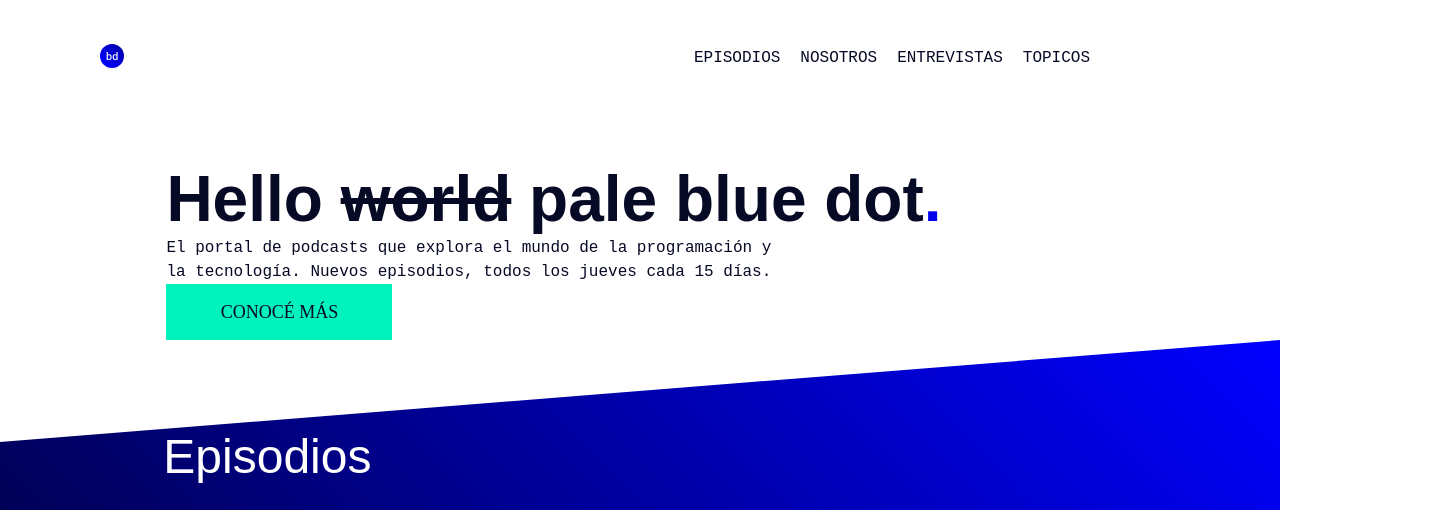
Repository: FedeGA93/podcast
Page: index.html
These files come from the project's save history. The page is drawn as it stood at one moment and after a run of saves; the edit follows.
The browser window is 1280 px wide. The page is 1440 px wide, so the pictures cover 1440 px, including what lies to the right of the window. The pictures show the part of the page from y = 0 to 510 px (the page is 3284 px tall before and 3362 px after).
Pictures or frames that could not be fetched are drawn as grey boxes. Some web fonts or font styles are not loaded; a fallback is used. Some web libraries are served in a nearby version.

Above is the page before, as saved 2019-11-26 20:37:43.

### index.html
<!DOCTYPE html>
<html lang="es">

<head>
    <meta charset="UTF-8">
    <meta name="viewport" content="width=device-width, initial-scale=1.0">
    <meta http-equiv="X-UA-Compatible" content="ie=edge">
    <title>BlueDot</title>
    <link rel="stylesheet" href="styles/styles.css">
    <link href="https://fonts.googleapis.com/css?family=IBM+Plex+Mono/IBM+Plex+Sans:400,400i,500,600&display=swap"
        rel="stylesheet">
    <link rel="stylesheet" href="https://cdnjs.cloudflare.com/ajax/libs/font-awesome/5.11.2/css/all.css">
    <link rel="shortcut icon" href="images/logo.ico" type="image/x-icon">
    <link rel="icon" href="images/logo.ico" type="image/x-icon">
</head>

<body>
    <header class="estilo-header">
        <nav >
            <div class="menu">
                <div>
                    <img src="images/logo.svg" alt="Logo del podcast" class="responsive-logo">
                </div>
                <div>

                    <!-- DEsde acá-->
                    <input type="checkbox" id="transformacion" />
                    <label for="transformacion" class="fija-menu">
                        <span class="barras-negras-hamburger bar1"></span>
                        <span class="barras-negras-hamburger bar2"></span>
                        <span class="barras-negras-hamburger bar3"></span>
                    </label>
                    <!--Hasta acá es lo que tengo que copiar-->
                    <ul class="menu-hijo">
                        <li><a class="color-letras" href="#epi">EPISODIOS</a></li>
                        <li><a class="color-letras" href="#nos">NOSOTROS</a></li>
                        <li><a class="color-letras" href="#ent">ENTREVISTAS</a></li>
                        <li><a class="color-letras" href="#topi">TOPICOS</a></li>
                    </ul>

                </div>
            </div>
        </nav>
    </header>
    <main class="primera-caja">
        <div class="centrado">
            <h1>Hello <s>world</s> pale blue dot<strong class="color-punto">.</strong></h1>
        </div>
        <div class="centrado">
            <p class="parrafos-general">El portal de podcasts que explora el mundo de la programación y <br> la
                tecnología.
                Nuevos episodios, todos los jueves cada 15 días.</p>
        </div>
        <div class="main-child">
            <div>
                <p><a class="btn cnmas" href="#nos">CONOCÉ MÁS</a></p>
            </div>
        </div>
    </main>
    <section>

        <div class="fondo-azul-gradiente sec">

            <div class="corteuno"></div>
            <div class="cortedos"></div>
            <div>
                <p class="color-blanco pad" id="epi">Episodios</p>
            </div>
            <div class="flex-spotify">
                <iframe src="https://open.spotify.com/embed-podcast/show/2ySVrxGkN6n6frMTo9Nsrt"
                    ></iframe>
                <iframe src="https://open.spotify.com/embed-podcast/show/4kYCRYJ3yK5DQbP5tbfZby"
                    ></iframe>
                <iframe src="https://open.spotify.com/embed-podcast/episode/2VHYWRX1mHcZQS89y3z2Xv" ></iframe>
                <iframe src="https://open.spotify.com/embed-podcast/show/2Iibd5A6R7mxkCm4NwNmUn"
                    ></iframe>
            </div>
        </div>
    </section>
    <section>

        <div class="informacion">
            <div>
                <img src="images/phone.png" alt="El podcast en un telefono" class="telefono">
            </div>
            <div>
                <h2 class="color-negro" id="nos">De dónde venimos</h2>

                <p class="parrafos-general limit-text">Our posturings, our imagined self-importance, the delusion that
                    we
                    have some
                    privileged position in the Universe, are challenged by this point of pale light. </p> <br>

                <p class="parrafos-general limit-text">
                    Our planet is a lonely speck in the great enveloping cosmic dark. In our obscurity, in all this
                    vastness, there is no hint that help will come from elsewhere to save us from ourselves.</p>

            </div>
        </div>

    </section>
    <section>
        <h2 class="color-negro paddie" id="ent">
            Invitadas/os Estelares
        </h2>

        <div class="photo-box">
            <img src="images/grace-hopper.png" alt="Foto de Grace Hopper" class="photos">
            <img src="images/Katie-Bouman.png" alt="Foto de Katie Bouman" class="photos">
            <img src="images/Margaret_Hamilton.png" alt="Margaret Hamilton" class="photos">
            <img src="images/computadora1950.png" alt="Una computadora del año 1950" class="photos">
            <img src="images/computadoraprogramable.png" alt="La primera computadora programable del mundo"
                class="photos">
            <img src="images/susan-kare.png" alt="Foto de Susan Kare" class="photos">

        </div>
    </section>
    <section class="top">
        <h2 class="color-negro center-text" id="topi">Algunos de nuestros temas</h2>
        <div>
            <section class="alineado">
                <div>
                    <img src="images/icon1.svg" alt="Una computadora que demuestra el trabajo remoto"
                        class="theme-size">
                    <p class="temas">Trabajo remoto</p>
                </div>
                <div>
                    <img src="images/icon2.svg" alt="Una cabeza pensando" class="theme-size">
                    <p class="temas">Repensando la programación</p>
                </div>

                <div>
                    <img src="images/icon3.svg" alt=" Un libro de código" class="theme-size">
                    <p class="temas">Bases de código</p>
                </div>

                <div>
                    <img src="images/icon4.svg" alt="Logo de seguridad" class="theme-size">
                    <p class="temas">Seguridad informática</p>
                </div>
            </section>
        </div>
    </section>
    <section>
        <div class="fondo-azul-gradiente secfoot">
                <svg xmlns="http://www.w3.org/2000/svg" viewBox="0 0 100 100" preserveAspectRatio="xMidYMid meet" >
                    <polygon fill="white" points="0,0 1440,0 0,85" />
                </svg>
            <div>
                <h2 class="color-blanco center-text">
                    ¿Querés las últimas novedades?
                </h2>
            </div>

            <div>
                <p> <a class="btn ele" href="#epi">ESCUCHÁ LOS EPISODIOS</a> </p>
            </div>

        </div>
    </section>

    <footer>
        <div class="flex-end">
            <h3 class="informacion">© 2019— Hello blue pale dot </h3>
            <div class="sin-deco">
                <a href="https://open.spotify.com/show/6xpiit8aJmwDHk1rKdxmri"><i class="fab fa-spotify"></i></a>
                <a href="https://twitter.com/w3c"> <i class="fab fa-twitter"></i></a>
                <a href="https://www.instagram.com/coding/"><i class="fab fa-instagram"></i></a>
                <a href="https://www.facebook.com/programminggeeks.in/"><i class="fab fa-facebook"></i></a>
            </div>
        </div>
    </footer>
</body>

</html>

### styles/styles.css
* {
  margin: 0;
  padding: 0;
  border: 0;
  box-sizing: content-box;
}

.menu {
  display: flex;
  flex-flow: row;
  justify-content: space-between;
  margin-top:22px;
  padding: 22px 190px 0px 100px;
  position: static;
  top: 0;
  overflow: hidden;
}
.menu-hijo {
  display: flex;
  flex-flow: row wrap;
  text-decoration: none;
  list-style-type: none;
  justify-content: flex-end;
  text-indent: 20px;
}

.primera-caja {
  display: flex;
  flex-flow: column;
  padding: 7% 13% 0;
}
.centrado {
  justify-content: center;
}
.color-letras:active {
  color: RGBA(6, 10, 36, 0.53);
}
.color-letras:hover {
  color: #00f3bb;
  text-decoration: line-through;
}
.color-letras {
  font-family: "IBM Plex Mono", monospace;
  font-size: 16px;
  color: #060a24;
  letter-spacing: 0;
  line-height: 28px;
  text-decoration: none;
}

h1 {
  font-family: "IBM Plex Sans", sans-serif;
  font-size: 64px;
  color: #060a24;
  letter-spacing: 0;
}
.color-punto {
  font-family: "IBM Plex Sans", sans-serif;
  font-size: 64px;
  color: #0000ec;
  letter-spacing: 0;
}
.parrafos-general {
  font-family: "IBM Plex Mono", monospace;
  font-size: 16px;
  color: #060a24;
  letter-spacing: 0;
  line-height: 24px;
}

input {
  display: none;
}

.sec {
  position: relative;
  width: 100%;
  height: 124vh;
  overflow: hidden;
}
.secfoot {
  display: flex;
  justify-content: center;
  align-items: center;
  flex-direction: column;
  position: relative;
  width: 100%;
  height: 50vh;
  overflow: hidden;
}
.fondo-azul-gradiente {
  background-image: linear-gradient(225deg, #0000ff 0%, #000003 100%);
}

/* Cortes del fondo */
svg {
  position: absolute;
  bottom: 0;
  width: 100%;
  height: auto;

}

.corteuno {
  position: absolute;
  top: 0;
  left: 0;
  border-width: 0 0 8vw 100vw;
  border-style: solid;
  border-color: transparent #fff transparent;
}
.cortedos {
  position: absolute;
  bottom: 0;
  left: 0;
  border-width: 0 0 10vw 100vw;
  border-style: solid;
  border-color: transparent transparent #fff;
}
/* terminan los cortes */
.color-blanco {
  font-family: "IBM Plex Sans", sans-serif;
  font-size: 48px;
  color: #ffffff;
  letter-spacing: 0;
}
.color-negro {
  font-family: "IBM Plex Sans", sans-serif;
  font-size: 48px;
  color: #060a24;
  letter-spacing: 0;
}
.informacion {
  display: flex;
  justify-content: flex-start;
  flex-direction: row;
}

.btn {
  display: flex;
  align-items: center;
  justify-content: center;
  background-color: #00f3bb;
  font-family: "IBMPlexMono", Medium;
  font-size: 18px;
  color: #060a24;
  letter-spacing: 0;
  text-align: center;
  line-height: 24px;
  text-decoration: none;
}
.btn:hover,
.btn:focus {
  background-image: linear-gradient(225deg, #0000fe 0%, #00f0b8 100%);
  color: #ffffff;
}
.cnmas {
  height: 56px;
  width: 226px;
}
.ele {
  width: 345px;
  height: 56px;
}

.flex {
  display: flex;
  flex-direction: row;
  flex-wrap: nowrap;
  justify-content: space-between;
}
.pad {
  padding: 7% 12.76% 0;
}
.flex-spotify {
  display: flex;
  flex-flow: row wrap;
  padding: 2% 8%;
}
.temas {
  font-family: "IBMPlexSans";
  font-weight: 600;
  font-size: 24px;
  color: #060a24;
  letter-spacing: 0;
  text-align: center;
}

.alineado {
  display: flex;
  flex-flow: row;
  justify-content: space-evenly;
  text-align: center;
}
.telefono {
  position: relative;
  top: -311px;
  height: 660px;
  width: 457.6px;
  padding: 200px 64px 0 200px;
}
iframe {
  padding: 0 72px 72px 0;
  position: relative;
  z-index: 1;
  width: 44%;
  height: 232px;
}

.paddie {
  margin: -267px 0 36px 200px;
  z-index: 1;
}
.photos {
  width: 480px;
  height: 364px;
}
.photo-box {
  width: fit-content;
  display: grid;
  grid-template-columns: repeat(3, 0fr);

}
.limit-text {
  width: 54%;
}
.theme-size {
  width: 104px;
  height: 104px;
}
.top {
  margin-top: 5%;
}
.flex-end {
  display: flex;
  flex-direction: row;
  justify-content: space-between;
}
.sin-deco a {
  text-decoration: none;
  color: black;
}
/*
  ***************************************************
    ***********************************************
      ********************************************
        ****************************************
        *****************MOBILE*****************
        ****************************************
      ********************************************
     **********************************************
   **************************************************
 */

@media screen and (max-width: 600px) {
  * {
    margin: 0px;
    padding: 0;
    border: 0;
  }
  .estilo-header {
    padding: 3%;
  }
  .barra-navegadora {
    display: none;
  }
  .menu {
    padding: 0px;
    position: sticky;
  }
  .seccion {
    width: 100%;
  }

  .responsive-logo {
    margin: 2.2% 87.5% 1.2% 2%;
  }
  .menu-hijo {
    display: none;
  }
  .menu-hijo:hover {
    display: block;
  }
  h1 {
    font-family: "IBM Plex Sans", sans-serif;
    font-size: 36px;
    color: #060a24;
    letter-spacing: 0;
    line-height: 42px;
  }

  .parrafos-general {
    font-family: "IBM Plex Mono", monospace;
    font-size: 14px;
    color: #060a24;
    letter-spacing: 0;
    line-height: 22px;
  }
  .color-blanco {
    font-family: "IBM Plex Sans", sans-serif;
    font-size: 36px;
    color: #ffffff;
    letter-spacing: 0;
    line-height: 42px;
  }
  .color-negro {
    font-family: "IBM Plex Sans", sans-serif;
    font-size: 36px;
    color: #060a24;
    letter-spacing: 0;
    line-height: 42px;
  }
  .cnmas {
    height: 48px;
    width: 100%;
  }

  .barras-negras-hamburger {
    display: block;
    width: 33px;
    height: 4px;
    margin-bottom: 5px;
    position: relative;
    background: black;
    border-radius: 3px;
  }
  .sec {
    height: 165vh;
  }
  .secfoot {
    height: 40vh;
  }
  .center-text {
    text-align: center;
  }
  .telefono {
    top: -60px;
    padding: 0 0 0 9%;
    width: 360px;
    height: 519px;
  }
  .photo-box {
    grid-template-columns: repeat(1, 0);
    grid-template-rows: repeat(1, 16.5%);
  }
  .paddie {
    margin: 0;
  }
  .photos {
    height: auto;
    width: 100vw;
  }
  iframe {
    padding: 1%;
    width: auto;
  }
  .informacion {
    flex-direction: column;
  }
  .alineado {
    flex-direction: column;
  }
  .flex-spotify {
    padding: 2% 15%;
  }
  /* A partir de acá es el menu*/

  input[type="checkbox"]:checked ~ label > span.bar1 {
    -webkit-transform: rotate(-45deg) translate(-8px, 6px);
    transform: rotate(-45deg) translate(-8px, 6px);
    transition-delay: 0.1s;
  }
  input[type="checkbox"]:checked ~ label > span.bar2 {
    opacity: 0;
  }
  input[type="checkbox"]:checked ~ label > span.bar3 {
    -webkit-transform: rotate(45deg) translate(-8px, -6px);
    transform: rotate(45deg) translate(-8px, -6px);
    transition-delay: 0.1s;
  }
  input[type="checkbox"]:checked ~ .menu-hijo {
    background-color: blue;
    display: block;
    margin: auto;
    padding: initial;
    z-index: 1000;
    color: #fff;
  }

  input {
    display: none;
  }
  .fija-menu {
    display: block;
    direction: rtl;
  }
  /* hasta acá*/
  svg{
    bottom: 50%;
  }
}

@media screen and (max-width: 349px) {
  .sec {
    width: 129%;
  }
  .photos {
    width: 411px;
  }
  .cnmas {
    width: 100vw;
  }
  .corteuno {
    border-width: 0 0 12vw 158vw;
  }
  .cortedos {
    border-width: 0 0 19vw 129vw;
  }
  .secfoot{
    width: 129vw;
  }
  .top{
    margin-left: 27%;
  }
}
/*
  ***************************************************
    ***********************************************
      ********************************************
        ****************************************
         ***************TABLET*****************
        ****************************************
      ********************************************
     **********************************************
   **************************************************
 */
/*  @media screen and (max-width:601px) {


  } */

After the next 4 saves:
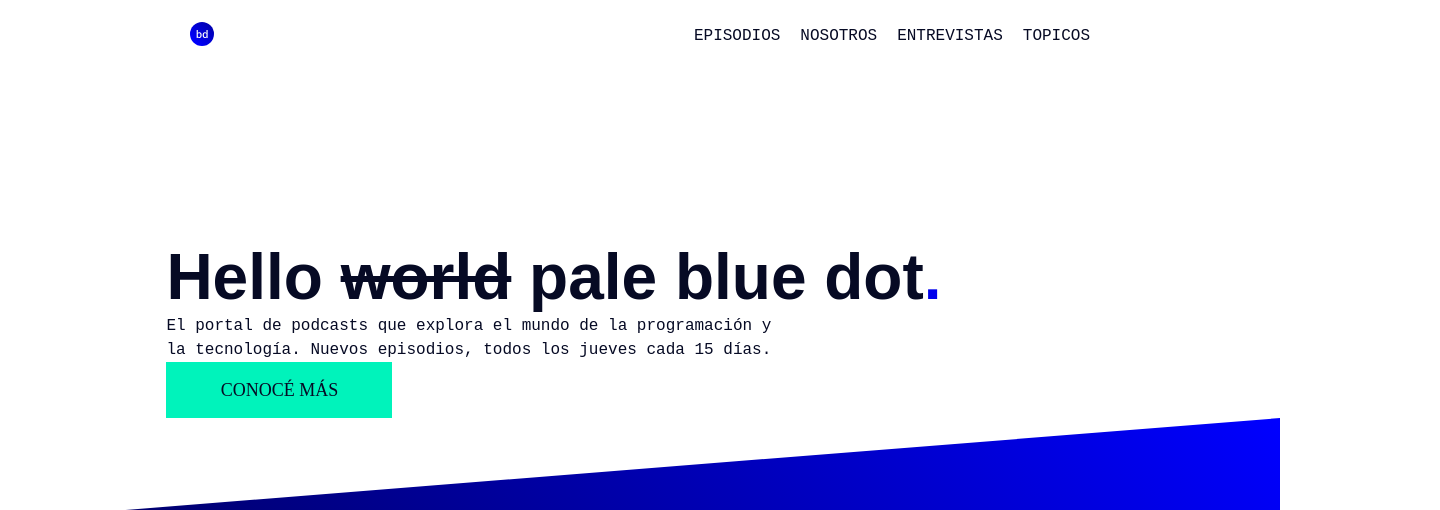
The 4 saves are shown as one change because they came seconds apart.
The last was saved 11 s later.
--- a/styles/styles.css
+++ b/styles/styles.css
@@ -10,7 +10,7 @@
   flex-flow: row;
   justify-content: space-between;
   margin-top:22px;
-  padding: 22px 190px 0px 100px;
+  padding: 0 190px 100px;
   position: static;
   top: 0;
   overflow: hidden;
